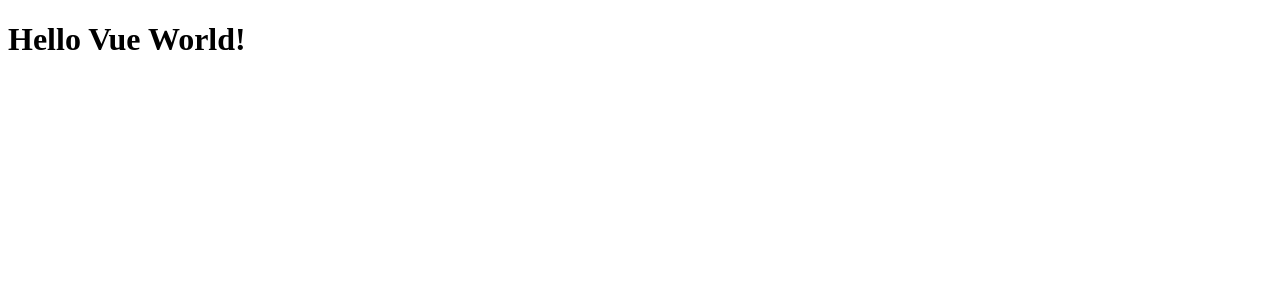
Repository: WAY-C/JSCodes
Page: Vue/01初识vue/初识vue.html
An editor plug-in stored every save of this project. The page is shown before and after the next save, followed by the edit.
The browser window is 1280 px wide. The pictures show the whole page.

Above is the page before, as saved 2021-08-26 08:59:29.

### Vue/01初识vue/初识vue.html
<!DOCTYPE html>
<html>

<head>
    <meta charset="UTF-8">
    <title>初识Vue</title>
    <!-- 引入Vue -->
    <script type="text/javascript" src="../js/vue.js"></script>
    <!-- 全局多了一个Vue构造函数 -->
</head>

<body>
    <!-- 准备好一个容器 -->
    <div id="root">
        <h1>Hello Vue World!</h1>
    </div>
    <script type="text/javascript">
        Vue.config.productionTip = false; //阻止Vue在启动时产生生产提示
    </script>
</body>

</html>

Loaded but not shown: Vue/js/vue.js (library)

After the next save:
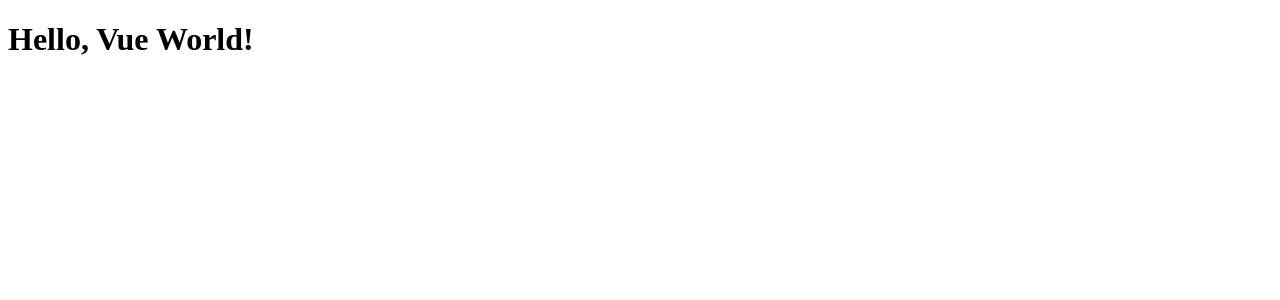
Saved 13 min 13 s later.
--- a/Vue/01初识vue/初识vue.html
+++ b/Vue/01初识vue/初识vue.html
@@ -12,10 +12,19 @@
 <body>
     <!-- 准备好一个容器 -->
     <div id="root">
-        <h1>Hello Vue World!</h1>
+        <h1>Hello, {{name}}</h1>
     </div>
     <script type="text/javascript">
         Vue.config.productionTip = false; //阻止Vue在启动时产生生产提示
+
+        // 创建Vue实例
+        const x = new Vue({
+            el: '#root', //el属性用于指定当前Vue实例为那个容器服务，值通常为CSS选择器字符串
+            data: {
+                name: 'Vue World!'
+            },
+
+        });
     </script>
 </body>
 
